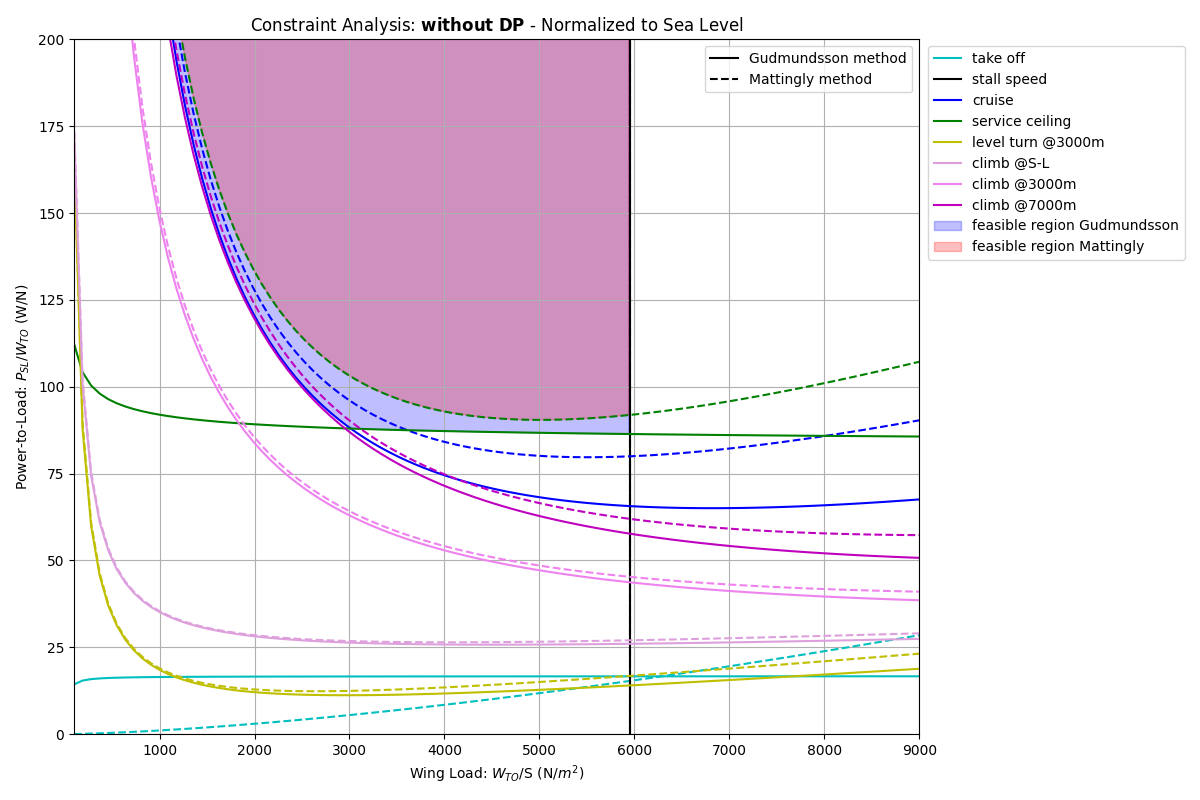
Repository: 12libao/DEA
Script's output: python Sizing_Method/ConstrainsAnalysis/ConstrainsAnalysis.py
An editor plug-in stored every save of this project. The script's output is shown before and after a run of saves, followed by the edit.
Random numbers start from a fixed seed.

Above is the script's output before, as saved 2021-07-12 16:23:11.

After the next 5 saves:
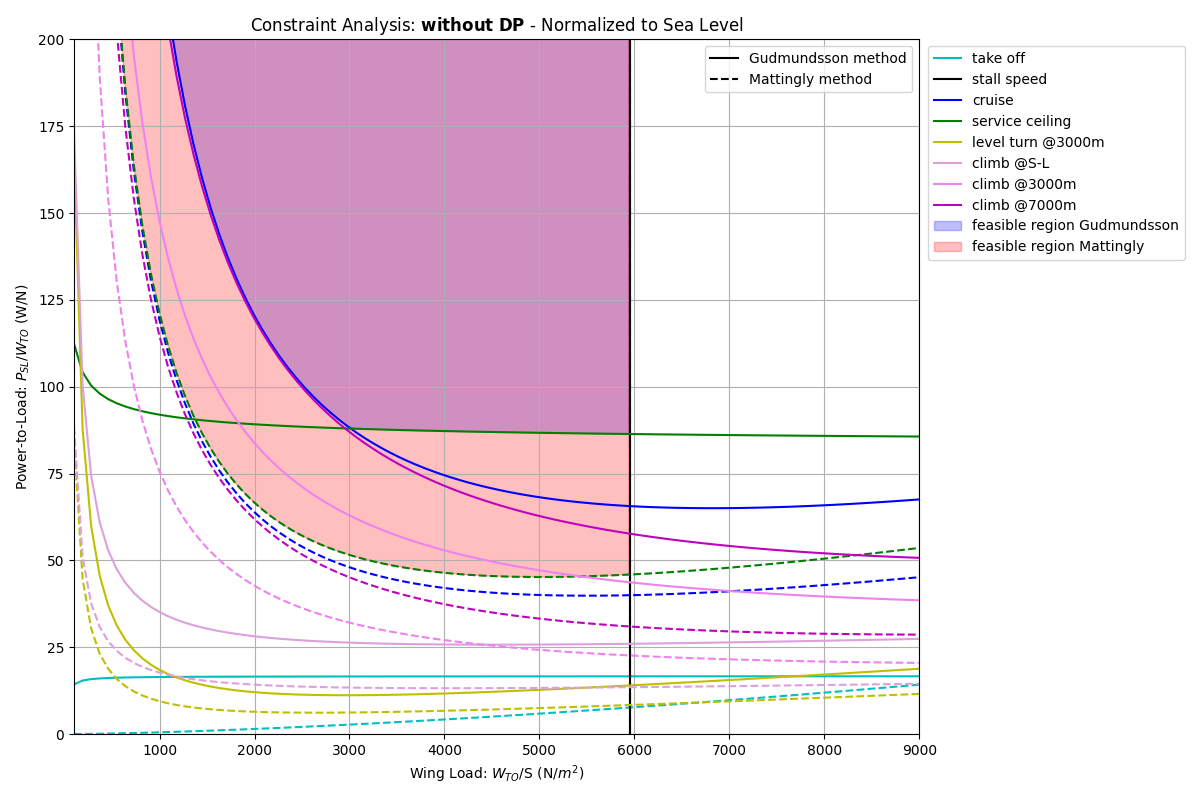
The 5 saves are shown as one change because they came seconds apart.
The last was saved 24 s later.
--- a/Sizing_Method/ConstrainsAnalysis/ConstrainsAnalysis.py
+++ b/Sizing_Method/ConstrainsAnalysis/ConstrainsAnalysis.py
@@ -53,7 +53,7 @@ class ConstrainsAnalysis_Mattingly_Method:
         self.W_S = wing_load
         self.g0 = 9.80665
 
-        self.coeff = self.beta / self.alpha
+        self.coeff = (1-self.hp) * self.beta / self.alpha
 
     def master_equation(self, n, dh_dt, dV_dt):
         q = 0.5 * self.rho * self.v ** 2
